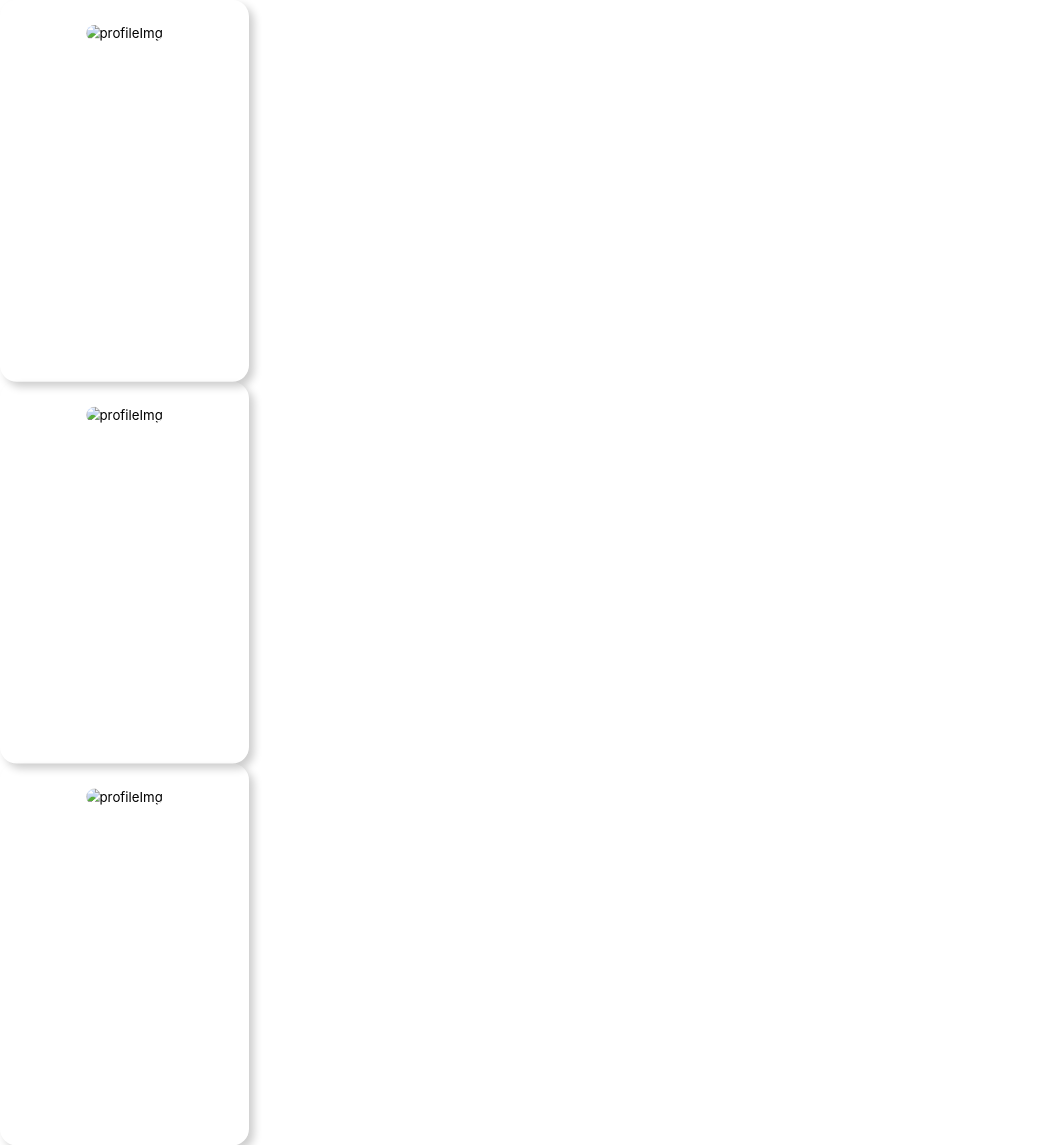
Repository: dnjfht/css-example
Page: /
These files come from the project's save history. The page is drawn as it stood at one moment and after the next save; the edit follows.
The browser window is 1280 px wide. The pictures show the whole page, at 83% of full size.
The project was rebuilt for these pictures with package versions that can differ from the ones it lists, and the page was loaded fresh each time. Also part of the build but not shown: src/App.css.

Above is the page before, as saved 2023-05-09 09:11:26.

After the next save:
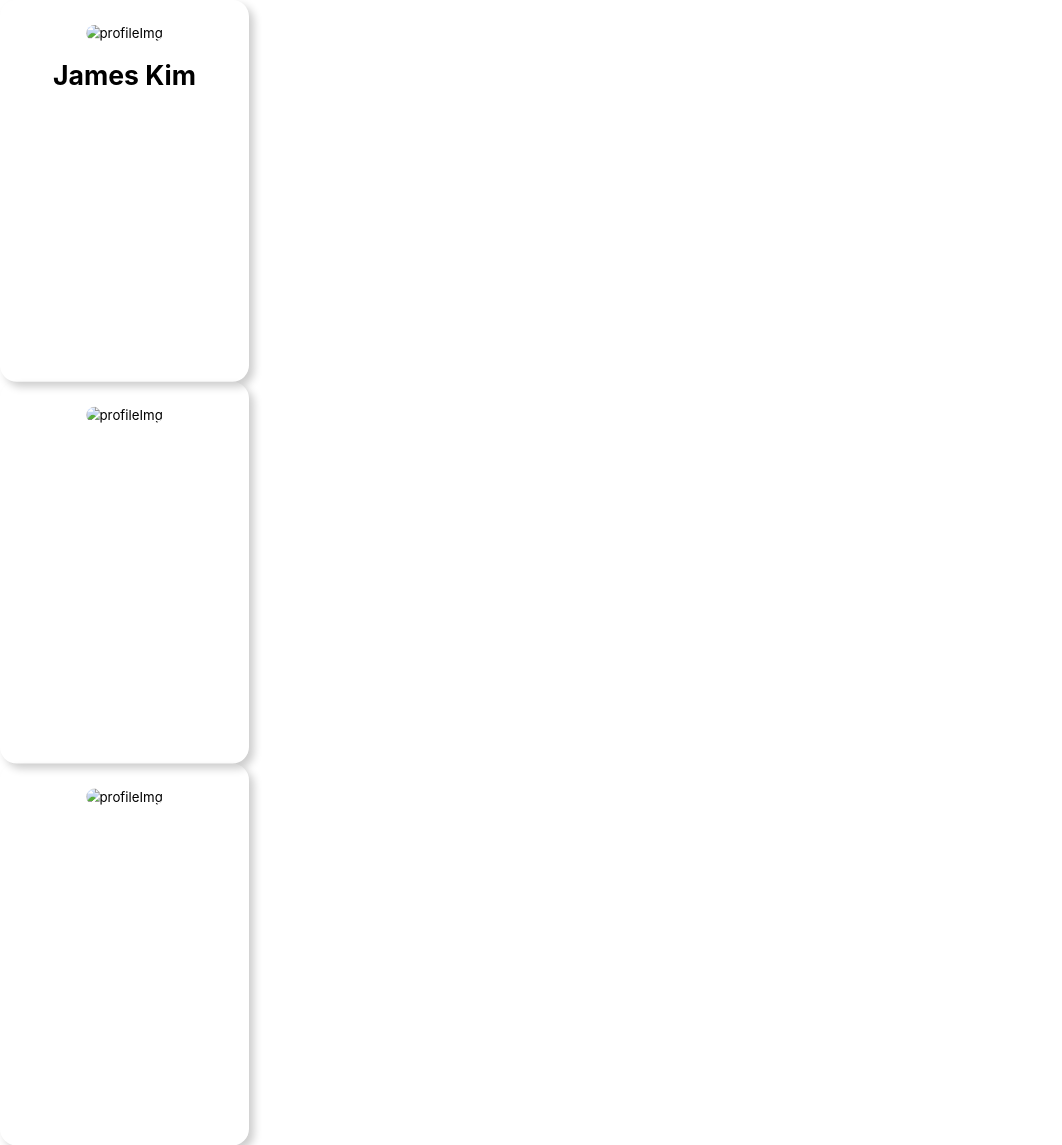
Saved 30 s later.
--- a/src/App.js
+++ b/src/App.js
@@ -4,7 +4,7 @@ import Profile from "./components/Profile";
 function App() {
   return (
     <>
-      <Profile />
+      <Profile image="" name="James Kim" />
       <Profile />
       <Profile />
     </>
